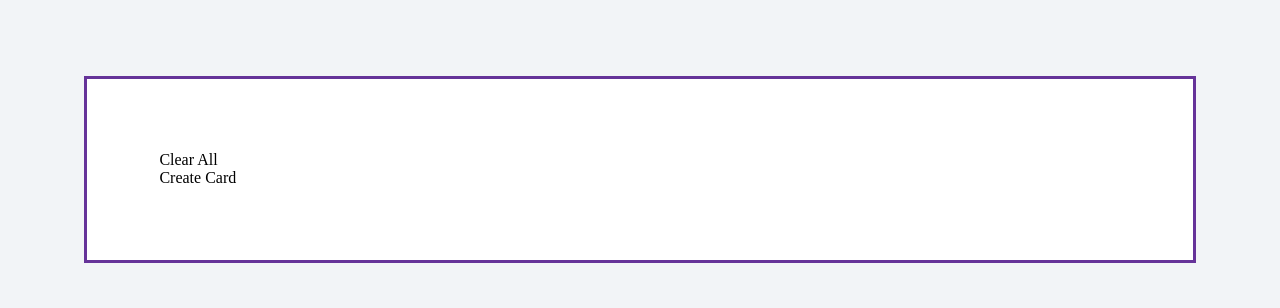
Repository: ReyhanehRahmani/TO-DO
Page: index.html
An editor plug-in stored every save of this project. The page is shown before and after the next save, followed by the edit.
The browser window is 1280 px wide. The pictures show the whole page.

Above is the page before, as saved 2025-06-07 22:09:39.

After the next save:
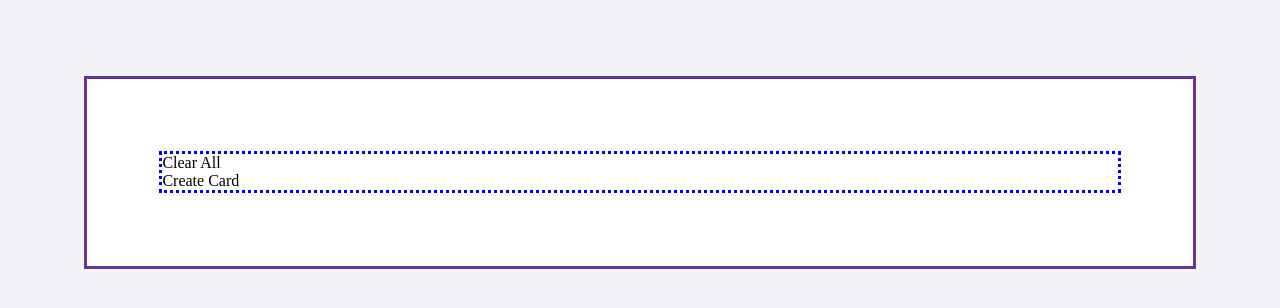
Saved 18 s later.
--- a/style.css
+++ b/style.css
@@ -17,4 +17,5 @@ body{
     margin-left: 6.557377049%;
     margin-top: 6.557377049%;
     margin-bottom: 6.557377049%;
+    border: dotted blue;
 }
